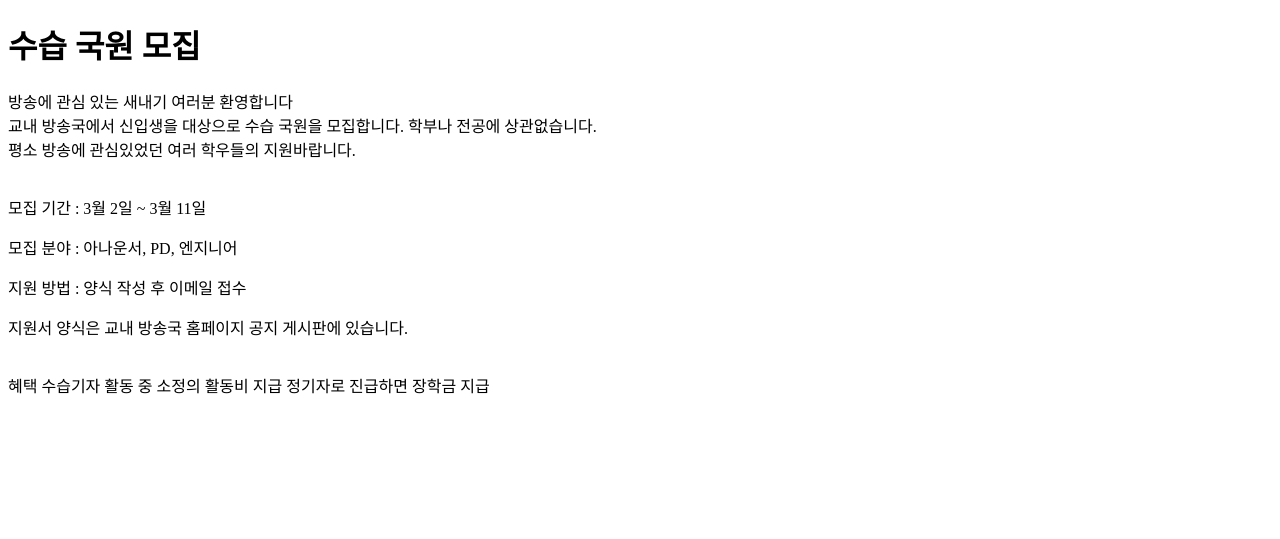
Repository: WonSeungUn/VSCODE
Page: web_work/Html/WebContent/h_mission.html
The author's editor kept a copy of each file at every save. The page is drawn from the files as they stood at one save, then again after the next save.
The browser window is 1280 px wide. The pictures show the whole page.

Above is the page before, as saved 2024-07-08 05:09:41.

After the next save:
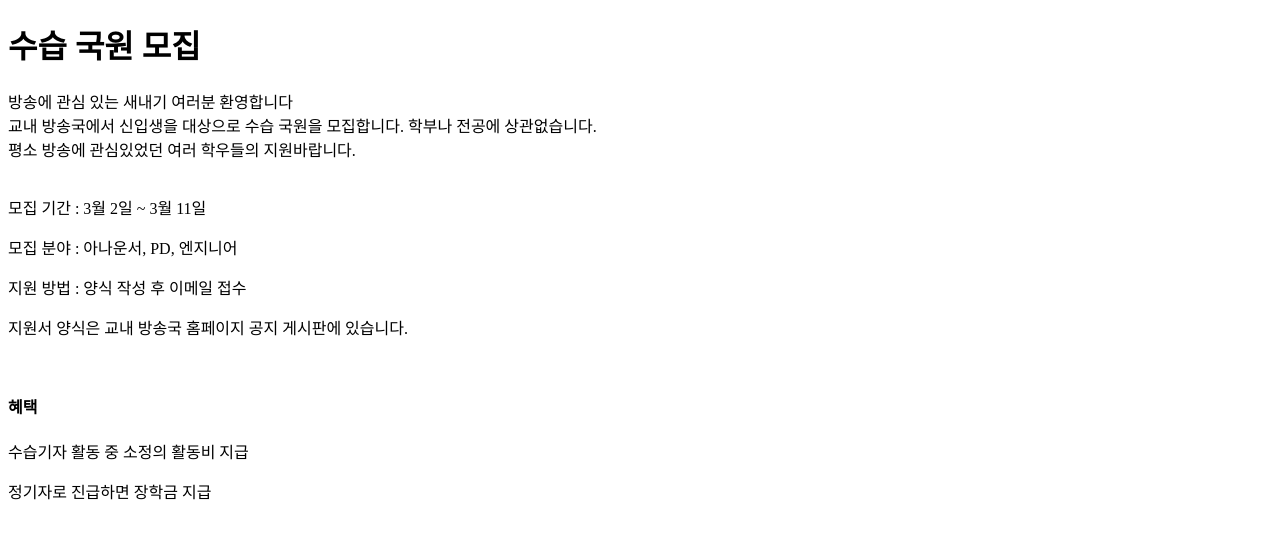
Saved 39 s later.
--- a/web_work/Html/WebContent/h_mission.html
+++ b/web_work/Html/WebContent/h_mission.html
@@ -17,8 +17,8 @@
 <p>지원서 양식은 교내 방송국 홈페이지 공지 게시판에 있습니다.<p>
 <br>
 
-혜택
-수습기자 활동 중 소정의 활동비 지급
-정기자로 진급하면 장학금 지급
+<h4>혜택</h4>
+<p>수습기자 활동 중 소정의 활동비 지급</p>
+<p>정기자로 진급하면 장학금 지급</p>
 </body>
 </html>
